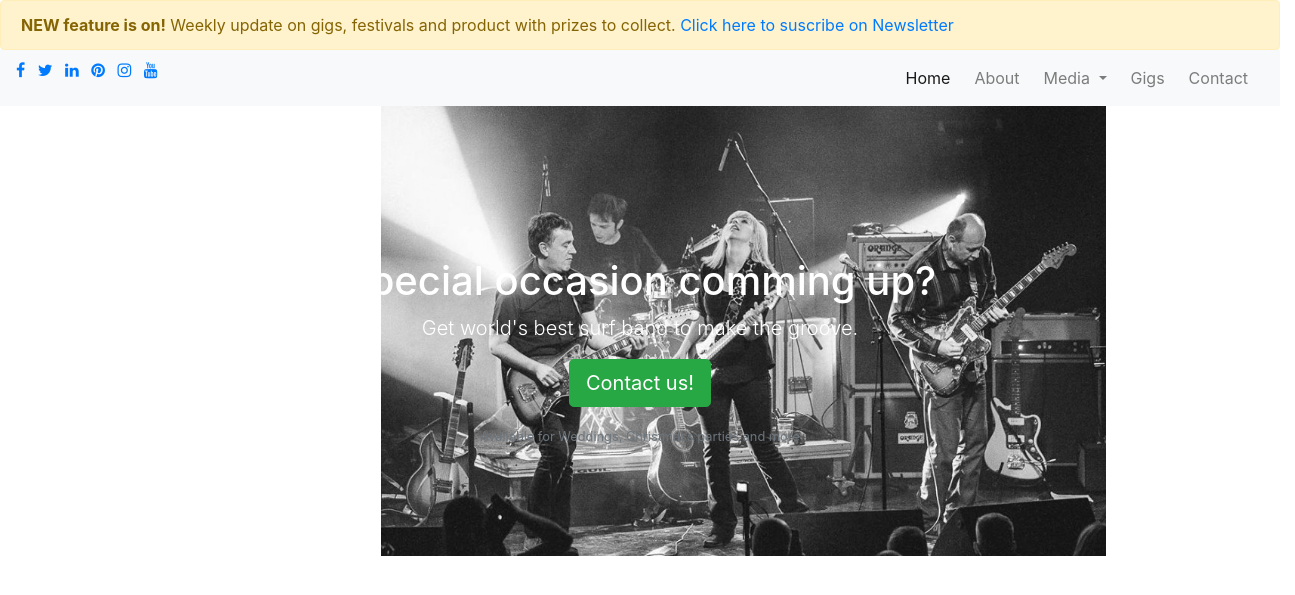
Repository: NamcorStudent/Stream_1_Project_HTML5-CSS3
Page: index.html
The author's editor kept a record of every edit. The page is drawn from the files as they stood at one moment, then again after the next edit.
The browser window is 1280 px wide. The page is 1295 px wide, so the pictures cover 1295 px, including what lies to the right of the window. The pictures show the whole page.
Some web libraries are served in a nearby version.

Above is the page before.

### index.html
<!DOCTYPE html>
<html lang="en">

<head>
    <meta charset="UTF-8">
    <meta name="viewport" content="width=device-width, initial-scale=1.0">
    <meta http-equiv="X-UA-Compatible" content="ie=edge">
    <link rel="stylesheet" href="https://maxcdn.bootstrapcdn.com/bootstrap/4.2.1/css/bootstrap.min.css" type="text/css" />
    <link rel="stylesheet" href="https://maxcdn.bootstrapcdn.com/font-awesome/4.7.0/css/font-awesome.min.css" type="text/css" />
    <link rel="stylesheet" href="assets/css/style.css" type="text/css" />
    <title>The Bambi Molesters | Official</title>
</head>

<body>
    <!--Alert for subscription-->
    <div class="container-fluid alert-container">
        <div class="row d-none d-sm-block">
            <div class="col-12">
                <div class="alert alert-warning">
                    <strong>NEW feature is on!</strong> Weekly update on gigs, festivals and product with prizes to collect. <a href="#" data-toggle="modal" data-target="#signUpModal">Click here to suscribe on Newsletter</a>
                </div>
            </div>
        </div>
    </div>
    <!--Nav-->
    <nav class="navbar navbar-light navbar-expand-sm bg-light">
        <div class="social-links mr-auto">
            <ul class="list-inline social-links">
                <li class="list-inline-item">
                    <a target="_blank" href="#">
                            <i class="fa fa-facebook" aria-hidden="true"></i>
                            <span class="sr-only">Facebook</span>
                        </a>
                </li>
                <li class="list-inline-item">
                    <a target="_blank" href="#">
                            <i class="fa fa-twitter" aria-hidden="true"></i>
                            <span class="sr-only">Twitter</span>
                        </a>
                </li>
                <li class="list-inline-item">
                    <a target="_blank" href="#">
                            <i class="fa fa-linkedin" aria-hidden="true"></i>
                            <span class="sr-only">LinkedIn</span>
                        </a>
                </li>
                <li class="list-inline-item">
                    <a target="_blank" href="#">
                            <i class="fa fa-pinterest" aria-hidden="true"></i>
                            <span class="sr-only">Pinterest</span>
                        </a>
                </li>
                <li class="list-inline-item">
                    <a target="_blank" href="#">
                            <i class="fa fa-instagram" aria-hidden="true"></i>
                            <span class="sr-only">Instagram</span>
                        </a>
                </li>
                <li class="list-inline-item">
                    <a target="_blank" href="#">
                            <i class="fa fa-youtube" aria-hidden="true"></i>
                            <span class="sr-only">YouTube</span>
                        </a>
                </li>
            </ul>
        </div>
        <button class="navbar-toggler" type="button" data-toggle="collapse" data-target="#navbarTogglerDropdown" aria-controls="navbarTogglerDemo02" aria-expanded="false" aria-label="Toggle navigation">
            <span class="navbar-toggler-icon"></span>
            </button>

        <div class="collapse navbar-collapse" id="navbarTogglerDropdown">
            <ul class="navbar-nav ml-auto">
                <li class="active nav-item mr-2"><a class="nav-link" href="/">Home</a></li>
                <li class="nav-item mr-2"><a class="nav-link" href="">About</a></li>
                <li class="nav-item dropdown mr-2">
                    <a class="nav-link dropdown-toggle" href="#" id="navbarDropdownMenuLink" role="button" data-toggle="dropdown" aria-haspopup="true" aria-expanded="false">
          Media
        </a>
                    <div class="dropdown-menu" aria-labelledby="navbarDropdownMenuLink">
                        <a class="dropdown-item" href="#">Video</a>
                        <a class="dropdown-item" href="#">Music</a>
                        <a class="dropdown-item" href="#">Gallery</a>
                    </div>
                </li>
                <li class="nav-item mr-2"><a class="nav-link" href="">Gigs</a></li>
                <li class="nav-item mr-2"><a class="nav-link" href="">Contact</a></li>
                <li class="nav-item mr-2 d-block d-sm-none"><a class="nav-link" href="#" data-toggle="modal" data-target="#signUpModal">Suscribe!!!</a></li>
            </ul>
        </div>
    </nav>


    <!-- Callout -->
    <div class="container-fluid callout-container">

        <div class="row">
            <div class="col-12 col-sm-10 offset-1 hero-image">
                <img src="assets/images/index960x640.jpg"></img>
            </div>
            <div class=" col-12 callout jumbotron text-center">
                <h1>Special occasion comming up?</h1>
                <p class="lead">Get world's best surf band to make the groove.</p>
                <p><button class="btn btn-lg btn-success" data-toggle="modal" data-target="#signUpModal">Contact us!</button></p>
                <p class="text-muted"><small>Available for Weddings, Christmass parties and more</small></p>
            </div>
        </div>
    </div>
    <!-- /.callout -->

    <!---Modal for subscription-->
    <div class="modal" tabindex="-1" role="dialog" id="signUpModal">
        <div class="modal-dialog" role="document">
            <div class="modal-content">
                <div class="modal-header">
                    <h5 class="modal-title">Sign Up To Whiskey Drop!</h5>
                    <button type="button" class="close" data-dismiss="modal" aria-label="Close">
          <span aria-hidden="true">&times;</span>
        </button>
                </div>
                <div class="modal-body">
                    <form>
                        <div class="form-group">
                            <label for="exampleInputEmail1">Email address</label>
                            <input type="email" class="form-control" id="exampleInputEmail1" aria-describedby="emailHelp" placeholder="Enter email">
                            <small id="emailHelp" class="form-text text-muted">We'll never share your email with anyone else.</small>
                        </div>
                        <div class="form-group">
                            <label for="password">Password</label>
                            <input type="password" class="form-control" id="password" placeholder="Password">
                        </div>
                        <div class="form-group">
                            <label for="repeatPassword">Repeat Password</label>
                            <input type="password" class="form-control" id="repeatPassword" placeholder="Repeat Password">
                        </div>
                        <button type="submit" class="btn btn-success">Submit</button>
                    </form>
                </div>
            </div>
        </div>
    </div>

    <script src="https://code.jquery.com/jquery-3.3.1.slim.min.js" integrity="sha384-q8i/X+965DzO0rT7abK41JStQIAqVgRVzpbzo5smXKp4YfRvH+8abtTE1Pi6jizo" crossorigin="anonymous"></script>
    <script src="https://cdnjs.cloudflare.com/ajax/libs/popper.js/1.14.7/umd/popper.min.js" integrity="sha384-UO2eT0CpHqdSJQ6hJty5KVphtPhzWj9WO1clHTMGa3JDZwrnQq4sF86dIHNDz0W1" crossorigin="anonymous"></script>
    <script src="https://stackpath.bootstrapcdn.com/bootstrap/4.3.1/js/bootstrap.min.js" integrity="sha384-JjSmVgyd0p3pXB1rRibZUAYoIIy6OrQ6VrjIEaFf/nJGzIxFDsf4x0xIM+B07jRM" crossorigin="anonymous"></script>
</body>

</html>

### assets/css/style.css
@import url('https://fonts.googleapis.com/css?family=Oswald:100,200,300,400,500,600,700,800,900 | Ubuntu: 100,200,300,400,500,600,700,800,900');

.alert-container {
    padding: 0;
    margin: 0;
    border: 0;
}

.alert-warning {
    margin: 0;
}

.nav {
    background-color: #fff;
}

.callout-container {
    /*height: 80vh;*/
    max-height: 450px;
    overflow: hidden;
}

.callout-container img {
    width: 70%;
    margin-left: 25%;
}

.hero-image {
    position: relative;
    left: 0;

}

.jumbotron {
    position: absolute;
    background-color: transparent;
    color: white;
    margin: 0;
    top: 50%;
    -moz-transform: translateY(-50%);
    -webkit-transform: translateY(-50%);
    -o-transform: translateY(-50%);
    transform: translateY(-50%);
}

After the next edit:
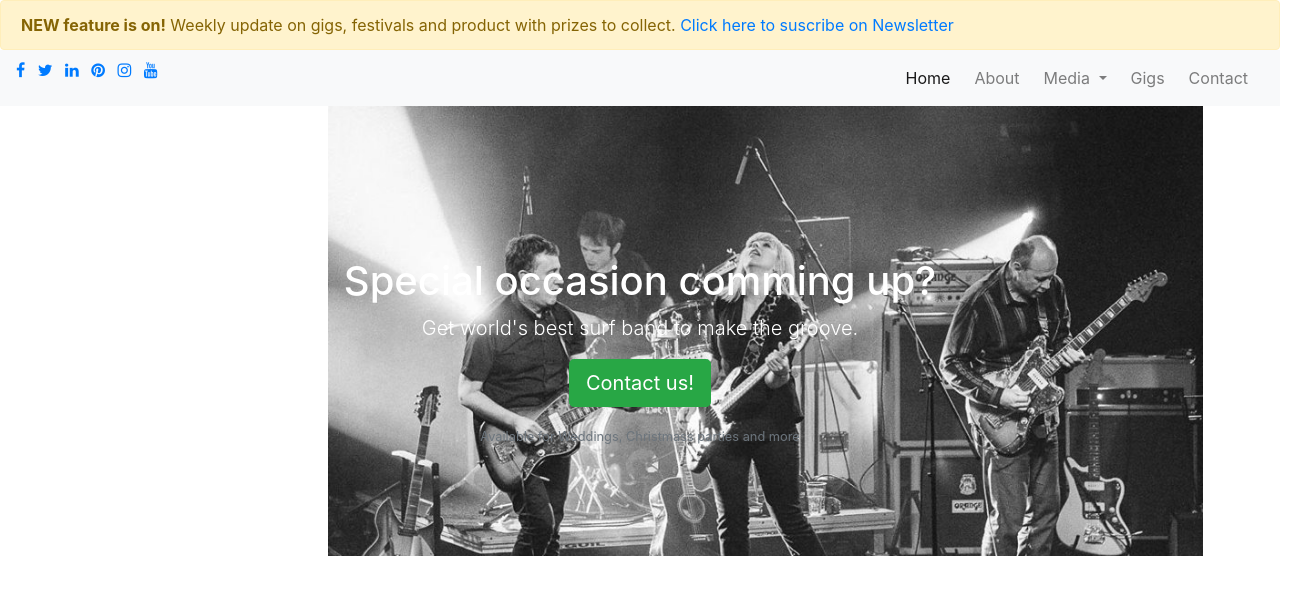
The edit:
--- a/index.html
+++ b/index.html
@@ -94,7 +94,7 @@
     <div class="container-fluid callout-container">
 
         <div class="row">
-            <div class="col-12 col-sm-10 offset-1 hero-image">
+            <div class="col-12 hero-image">
                 <img src="assets/images/index960x640.jpg"></img>
             </div>
             <div class=" col-12 callout jumbotron text-center">
